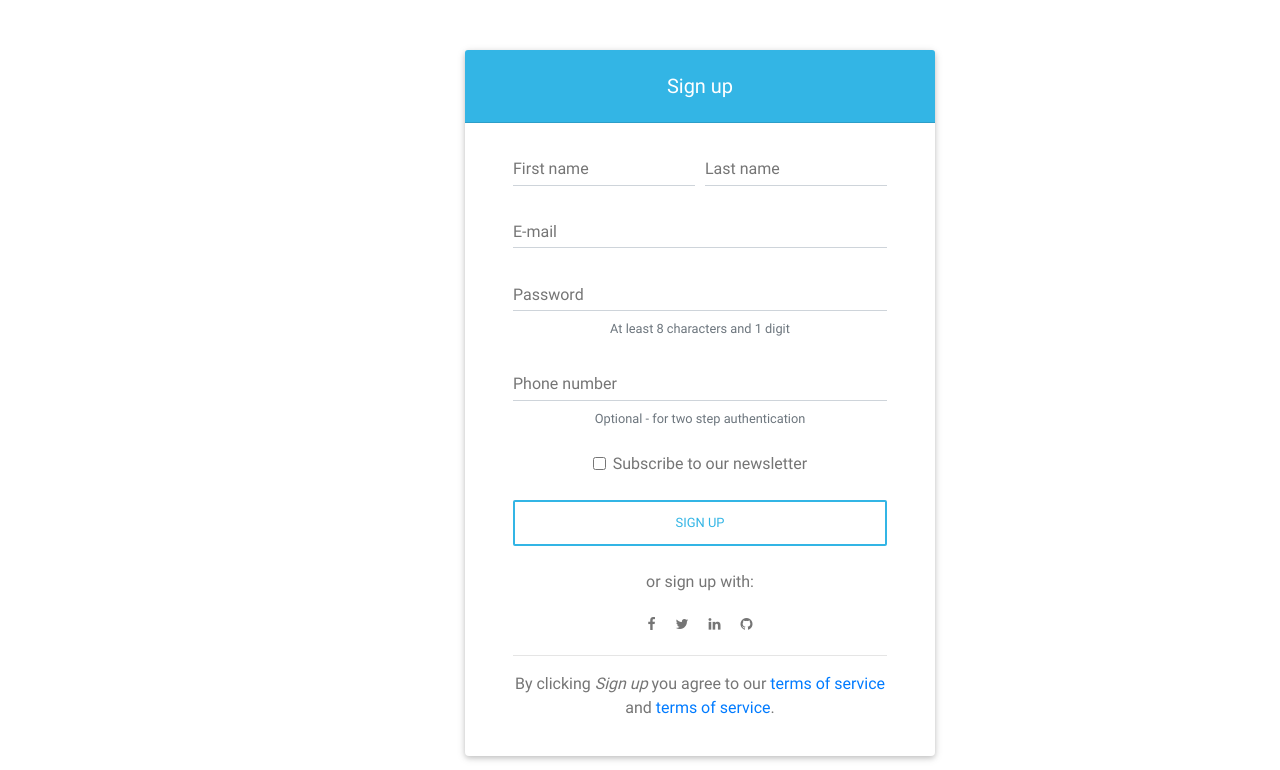
Repository: KJSCEhack/KJSCE_Vanquishers
Page: register.html
An editor plug-in stored every save of this project. The page is shown before and after the next save, followed by the edit.
The browser window is 1280 px wide. The pictures show the whole page.

Above is the page before, as saved 2018-10-06 06:41:00.

After the next save:
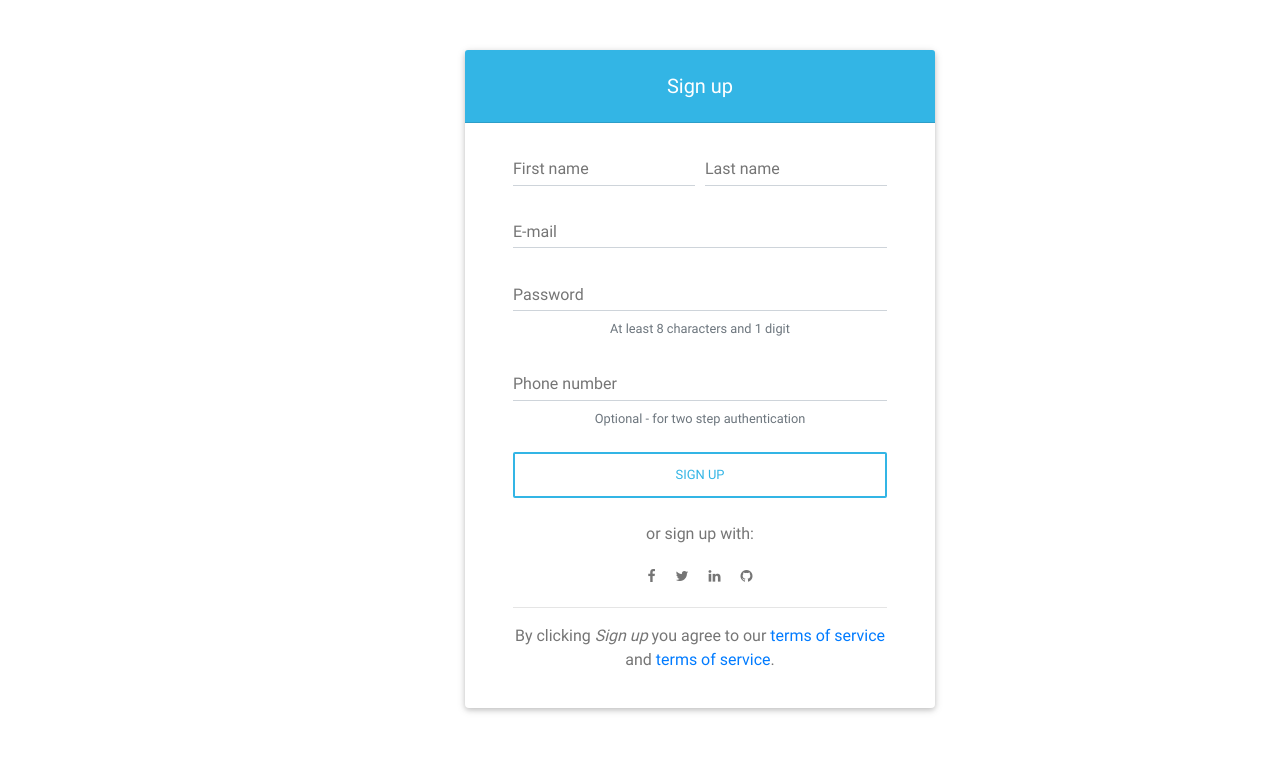
Saved 3 min 36 s later.
--- a/register.html
+++ b/register.html
@@ -68,12 +68,6 @@
                     </small>
                 </div>
 
-                <!-- Newsletter -->
-                <div class="form-check">
-                    <input type="checkbox" class="form-check-input" id="materialRegisterFormNewsletter">
-                    <label class="form-check-label" for="materialRegisterFormNewsletter">Subscribe to our newsletter</label>
-                </div>
-
                 <!-- Sign up button -->
                 <button class="btn btn-outline-info btn-rounded btn-block my-4 waves-effect z-depth-0" type="submit">Sign up</button>
 
